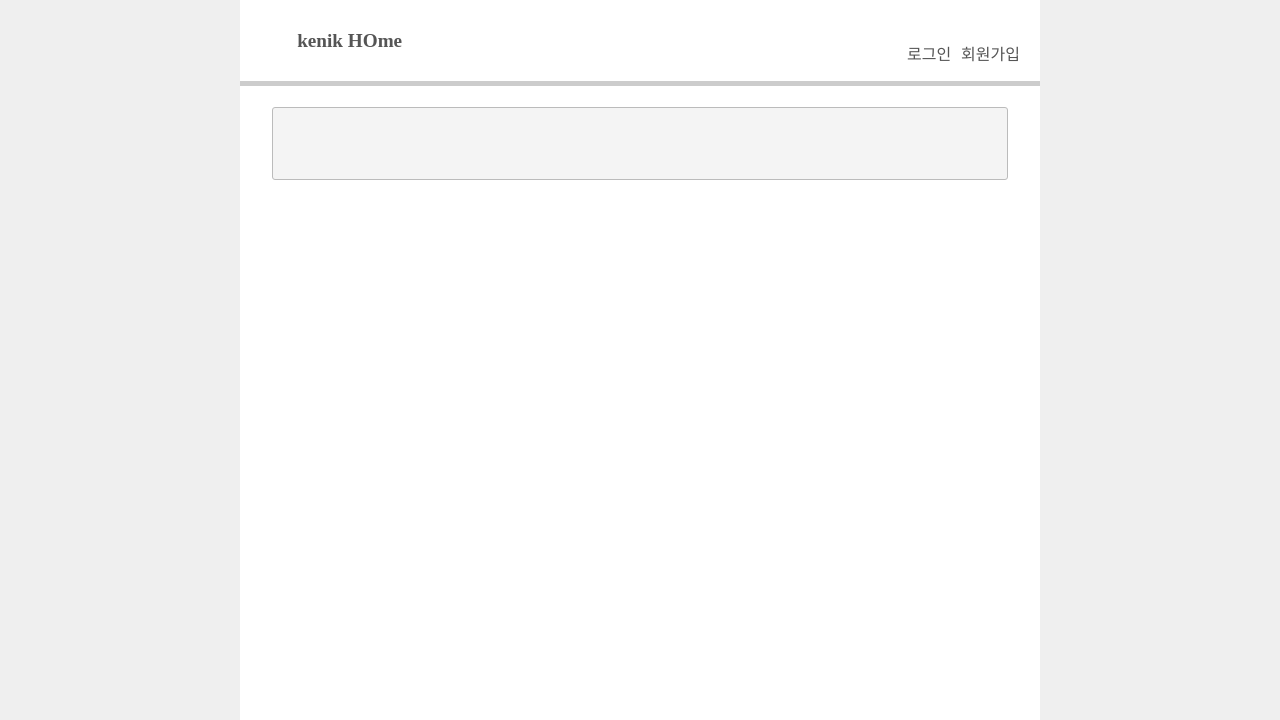
Repository: Seeker2250/JspTest
Page: http://localhost/jspPro/days01/ex01.jsp
An editor plug-in stored every save of this project. The page is shown before and after the next save, followed by the edit.
The browser window is 1280 px wide. The pictures show the whole page.
Some web fonts or font styles are not loaded; a fallback is used. The page is served by Tomcat 9. Other server files are loaded and not shown.

Above is the page before, as saved 2024-10-15 02:10:04.

### jspPro/src/main/webapp/days01/ex01.jsp
<%@ page language="java" contentType="text/html; charset=UTF-8"
    pageEncoding="UTF-8"%>
<!DOCTYPE html>
<html>
<head>
<meta charset="UTF-8">
<title>Insert title here</title>
<link rel="shortcut icon" type="image/x-icon" href="http://localhost/jspPro/images/SiSt.ico">
<script src="https://ajax.googleapis.com/ajax/libs/jquery/3.7.1/jquery.min.js"></script>
<meta name="viewport" content="width=device-width, initial-scale=1.0">
<link rel="stylesheet" href="http://localhost/jspPro/resources/cdn-main/example.css">
<script src="http://localhost/jspPro/resources/cdn-main/example.js"></script>
<style>
 span.material-symbols-outlined{
    vertical-align: text-bottom;
 }
</style>
</head>
<body>
<header>
  <h1 class="main"><a href="#" style="position: absolute;top:30px;">kenik HOme</a></h1>
  <ul>
    <li><a href="#">로그인</a></li>
    <li><a href="#">회원가입</a></li>
  </ul>
</header>
<div>
 <xmp class="code">

  </xmp>
</div>
</body>
</html>

### jspPro/src/main/webapp/resources/cdn-main/example.css
@charset "UTF-8";

@import url('https://fonts.googleapis.com/css2?family=Material+Symbols+Outlined:opsz,wght,FILL,GRAD@20..48,100..700,0..1,-50..200');

@font-face {
    font-family: 'GmarketSansMedium';
    src: url('https://cdn.jsdelivr.net/gh/projectnoonnu/noonfonts_2001@1.1/GmarketSansMedium.woff') format('woff');
    font-weight: normal;
    font-style: normal;
}

:root {
	--text-color: #555;
	--sub-text-color: #777;
	--back-color: #EFEFEF;
	--header-color: #444;
	--primary-color: #DEDEDE;
	--secondary-color: #EFEFEF;
	--default-width: 800px;
	--narrow-width: 500px;
	--wide-width: 1200px;
	--text-font: 'GmarketSansMedium';
	--icon-font: 'Material Symbols Outlined';
	--border-color: #CCC;
}

html, body {
	margin: 0;
	padding: 0;
}

html {
	background-color: var(--back-color);
	display: flex;
	justify-content: center;
	min-height: 100vh;
}

body, body.default {
	width: var(--default-width);
	background-color: white;
	padding-bottom: 120px;
}

body.wide {
	width: var(--wide-width);
}

body.narrow {
	width: var(--narrow-width);
}



body, p, div, span, a, input, select, option, textarea, button, table, th, td, label, fieldset, legend {
	font-family: var(--text-font);
	color: var(--text-color);
}

h1, h2, h3 {
	font-family: var(--text-font);
	color: var(--header-color);
	padding: 0 1rem;
	padding-top: .5rem;
}

div > h1, div > h2, div > h3 {
	padding: 0;
}

body > div, body > main > div {
	padding: 0.3rem 1rem;
}


h1 { font-size: 2rem; border-bottom: 1px solid var(--border-color); }
h1 small { font-size: 1.2rem; color: var(--sub-text-color); }
h2 { font-size: 1.5rem; border-bottom: 1px dashed var(--border-color); }
h2 small { font-size: 1.1rem; color: --sub-text-color; }
h3 { font-size: 1.2rem; }
h3 small { font-size: 1rem; color: --sub-text-color; }



h1.main::before {
	font-family: var(--icon-font);
  	content: '\e666';
  	margin-right: 10px;
  	float: left;
	font-size: 2.5rem;
}

h1.sub::before {
	font-family: var(--icon-font);
  	content: '\ea19';
  	margin-right: 10px;
  	float: left;
	font-size: 2.5rem;
}


h1.page::before {
	font-family: var(--icon-font);
  	content: '\e0e0';
  	margin-right: 10px;
  	float: left;
	font-size: 2.5rem;
}

body > header > ul > li > .active{
	background-color: #FFF;
	color:#F00;
}

body > header {
	display: flex;
	justify-content: space-between;
	border-bottom: 5px solid var(--border-color);
	min-height: 74px;
	background-color: #FFF;
}

body > header.sticky {
	position: sticky;
	top: 0;
	z-index: 98;
}

body > header > h1 {
	font-size: 1.2rem;
	border: 0;
}

body > header.in > h1::before {
	font-family: var(--icon-font);
  	content: '\e332‥';
  	margin-right: 3px;
  	float: left;
	font-size: 2rem;
}


body > header > ul {
	list-style-type: none;
	display: flex;
	align-items: flex-end;
	margin-right: 10px;
}

body > header > ul > li {
	margin-right: 10px;
	cursor: pointer;
}

body > header > ul > li > a {
	cursor: pointer;
}


form {
	display: block;
}

form > div {
	padding: 0.3rem 1rem;
}

div > form > div {
	padding: 0.3rem 0;
}

input, textarea, button, select {
	border: 1px solid #BBB;
	border-radius: 3px;
	outline: none;
	resize: none;
	padding: 7px;
	margin: 0;
}

input[type=text]:read-only, textarea:read-only {
	cursor: not-allowed;
	background-color: #FFF;
}

input[type=text]:disabled, textarea:disabled {
	cursor: not-allowed;
	background-color: #EEE;
}

input[type=text], input[type=password], textarea, button, select {
	/* width: 300px; */
}

textarea {
	display: block;
	height: 100px;
}

input[type=button], input[type=submit], button {
	/* width: inherit; */
}

input.short, textarea.short, button.short, select.short {
	width: 100px;
}

input.long, textarea.long, button.long, select.long {
	width: 350px;
}

.narrow input.long, .narrow textarea.long, .narrow button.long, .narrow select.long {
	width: calc(100% - 20px);
}

input.full, textarea.full, button.full, select.full {
	width: calc(100% - 20px);
}

textarea.short {
	height: 50px;
}

textarea.long {
	height: 100px;
}

textarea.full {
	height: 200px;
}

input, textarea {
	padding-top: 8px;
}

input[type=button], input[type=submit], button {
	padding: 5px 10px;
	background-color: var(--secondary-color);
	cursor: pointer;
	min-height: 36px;
}

input[type=button].primary, input[type=submit].primary, button.primary {
	/* background-color: rgba(100, 149, 237, .2); */
	background-color: var(--primary-color);
}

input[type=button].primary:hover, input[type=submit].primary:hover, button.primary:hover {
	/* background-color: rgba(100, 149, 237, .3); */
	background-color: var(--secondary-color);
}

input[type=button]:hover, input[type=submit]:hover, button:hover {
	background-color: var(--primary-color);
}

button {
	position: relative;
	left: 0;
	top: 0;
	padding-left: 35px;
}

button .material-symbols-outlined {
	position: absolute;
	left: 10px;
	top: 4px;
}

/* k2nik add */
button.login::before {
	font-family: var(--icon-font);
  	content: '\ea77';
	position: absolute;
	left: 11px;
	top: 4px;
	font-size: 1.25rem;
}

/* k2nik logout */
button.logout::before {
	font-family: var(--icon-font);
  	content: '\e9ba';
	position: absolute;
	left: 11px;
	top: 4px;
	font-size: 1.25rem;
}

/* k2nik help */
button.help::before {
	font-family: var(--icon-font);
  	content: '\f1c0';
	position: absolute;
	left: 11px;
	top: 4px;
	font-size: 1.25rem;
}

button.add::before{
	font-family: var(--icon-font);
  	content: '\e746';
	position: absolute;
	left: 11px;
	top: 4px;
	font-size: 1.25rem;
}

button.back::before {
	font-family: var(--icon-font);
  	content: '\e166';
	position: absolute;
	left: 11px;
	top: 4px;
	font-size: 1.25rem;
}

button.list::before {
	font-family: var(--icon-font);
  	content: '\e0ee';
	position: absolute;
	left: 11px;
	top: 4px;
	font-size: 1.25rem;
}


button.del::before {
	font-family: var(--icon-font);
  	content: '\e872';
	position: absolute;
	left: 11px;
	top: 4px;
	font-size: 1.25rem;
}


button.edit::before {
	font-family: var(--icon-font);
  	content: '\e745';
	position: absolute;
	left: 11px;
	top: 4px;
	font-size: 1.25rem;
}


button.login::before {
	font-family: var(--icon-font);
  	content: '\ea77';
	position: absolute;
	left: 11px;
	top: 4px;
	font-size: 1.25rem;
}


button.logout::before {
	font-family: var(--icon-font);
  	content: '\e9ba';
	position: absolute;
	left: 11px;
	top: 4px;
	font-size: 1.25rem;
}


button.in::before {
	font-family: var(--icon-font);
  	content: '\f71a';
	position: absolute;
	left: 11px;
	top: 4px;
	font-size: 1.25rem;
}


button.out::before {
	font-family: var(--icon-font);
  	content: '\f70e';
	position: absolute;
	left: 11px;
	top: 4px;
	font-size: 1.25rem;
}


button.reply::before {
	font-family: var(--icon-font);
  	content: '\e15e';
	position: absolute;
	left: 11px;
	top: 4px;
	font-size: 1.25rem;
}


button.comment::before {
	font-family: var(--icon-font);
  	content: '\e0b9';
	position: absolute;
	left: 11px;
	top: 4px;
	font-size: 1.25rem;
}


button.modal::before {
	font-family: var(--icon-font);
  	content: '\e89e';
	position: absolute;
	left: 11px;
	top: 4px;
	font-size: 1.25rem;
}


button.ok::before {
	font-family: var(--icon-font);
  	content: '\e86c';
	position: absolute;
	left: 11px;
	top: 4px;
	font-size: 1.25rem;
}


button.cancel::before {
	font-family: var(--icon-font);
  	content: '\e5c9';
	position: absolute;
	left: 11px;
	top: 4px;
	font-size: 1.25rem;
}

button.search::before {
	font-family: var(--icon-font);
  	content: '\e8b6';
	position: absolute;
	left: 11px;
	top: 4px;
	font-size: 1.25rem;
}

button.home::before {
	font-family: var(--icon-font);
  	content: '\e88a';
	position: absolute;
	left: 11px;
	top: 4px;
	font-size: 1.25rem;
}


button.sidebar::before {
	font-family: var(--icon-font);
  	content: '\f7e4';
	position: absolute;
	left: 11px;
	top: 4px;
	font-size: 1.25rem;
}


button.sidebar-right::before {
	font-family: var(--icon-font);
  	content: '\f7e5';
	position: absolute;
	left: 11px;
	top: 4px;
	font-size: 1.25rem;
}




button::before {
	font-family: var(--icon-font);
  	content: '\e323';
	position: absolute;
	left: 11px;
	top: 4px;
	font-size: 1.25rem;
}


table {
	border-collapse: collapse;
	margin: 1rem;
	box-sizing: border-box;
	width: calc(100% - 32px);
}

table.content {
	width: auto;
}

div > table {
	margin: 0;
}

table th, table td {
	border: 1px solid var(--border-color);
	padding: 7px;
	font-weight: normal;
}

table th {
	background-color: var(--back-color);
}

table.vertical th {
	width: 150px;
}

table.vertical td {
	width: calc(100% - 182px);
	padding-left: 10px;
}

table.content td, table.content th {
	width: auto;
}

body.narrow table.vertical th {
	width: 100px;
}

body.narrow table.vertical td {
	width: calc(100% - 182px);
}


table + table {
	margin-top: 30px;
}


p {
	padding: 0 1rem;
}

a {
	text-decoration: none;
}

a:hover {
	color: rgba(255, 99, 71, .7);
}

hr {
	border: 0;
	border-top: 1px solid var(--border-color);
	margin: 2rem 0;
}

.message {
	border: 1px solid var(--border-color);
	background-color: #EFEFEF;
	margin: 1rem;
	width: auto;
	padding-top: 10px;
	padding-bottom: 10px;
	font-size: 14px;
}

.message[title]::before {
	content: attr(title);
	display: block;
	border-bottom: 1px solid var(--border-color);
	padding-bottom: 5px;
	margin-bottom: 10px;
	margin-top: 7px;
}

.message.short {
	max-width: 250px;
}

.message.long {
	max-width: 500px;
}

.badge {
	float: right;
	font-size: .8rem;
	margin-top: 2px;
	margin-right: 2px;
	text-shadow: 0 0 7px gray;
}

.badge.left {
	float: none;
	margin-left: 2px;
}

.badge.right {
	float: right;
}

.badge.red {
	border-radius: 50%;
	padding: 2px 5px;
	background-color: rgb(255, 99, 71, .3);
}

.badge.yellow {

	border-radius: 50%;
	padding: 2px 5px;
	background-color: rgb(255, 215, 0, .5);
}

.badge.blue {
	border-radius: 50%;
	padding: 2px 5px;
	background-color: rgb(100, 149, 237, .3);
}

label + label {
	margin-left: 7px;
}

label input[type=checkbox], label input[type=radio] {
	transform: translate(0, 1px);
}

.group {
	display: flex;
}

.modal-content .group {
	margin-bottom: .5rem;
}

.group label {
	border: 1px solid #BBB;
	border-radius: 3px;
	outline: none;
	resize: none;
	padding: 7px 14px;
	margin: 0;
	border-top-right-radius: 0;
	border-bottom-right-radius: 0;
	background-color: #EFEFEF;
	white-space: nowrap;
	font-size: 14px;
}

.group input[type=text] {
	margin-left: -1px;
	border-top-left-radius: 0;
	border-bottom-left-radius: 0;
}

.group select {
	margin-left: -1px;
	border-top-left-radius: 0;
	border-bottom-left-radius: 0;
}

.group input.full[type=text] {
	margin-left: -1px;
	border-top-left-radius: 0;
	border-bottom-left-radius: 0;
	width: 100%;
}

.group input[type=button]:first-child, .group button:first-child {
	border-top-left-radius: 3px;
	border-bottom-left-radius: 3px;
	margin-left: 0px;
}

.group input[type=button], .group button {
	border-radius: 0;
	margin-left: -1px;
}

.group input[type=button]:last-child, .group button:last-child {
	margin-left: -1px;
	border-top-right-radius: 3px;
	border-bottom-right-radius: 3px;
}

.seperate {
	display: flex;
	justify-content: space-between;
}

div.list {
	width: max-content;
	margin: 1rem;
	border: 1px solid #BBB;
	border-radius: 3px;
	padding: 0;
}

div.list.full {
	width: auto;
	display: block;
	margin: 1rem;
	border: 1px solid #BBB;
	border-radius: 3px;
	padding: 0;
}

div.list > div {
	padding: .5rem 1rem;
	margin: 0;
	border-bottom: 1px solid #BBB;
}

div.list > div:last-child {
	border-bottom: 0;
}

pre.code , xmp.code{
	font-family: consols;
	background-color: rgba(150, 150, 150, .1);
	border: 1px solid #BBB;
	border-radius: 3px;
	padding: .5rem 1rem;
	padding-bottom: .6rem;
	margin: 1rem;
}




*[data-modal-window] {
	position: fixed;
	background-color: rgba(0, 0, 0, .3);
	left: 0;
	top: 0;
	display: none;
	justify-content: center;
	align-items: flex-start;
	width: 100%;
	min-height: 100vh;
	z-index: 100;
	opacity: 0;
	transition: 500ms all;
}

*[data-modal-window] .modal-container {
	border-radius: 5px;
	padding: 1rem;
	padding-bottom: .5rem;
	margin-top: -500px;
	opacity: 0;
	width: 500px;
	background-color: #FFF;
	margin-right: 2rem;
	transition: 500ms all;
}

*[data-modal-size=content] .modal-container {
	width: auto;
}

*[data-modal-size=narrow] .modal-container {
	width: 300px;
}

*[data-modal-size=wide] .modal-container {
	width: 760px;
}


*[data-modal-window] .modal-header {
	border-bottom: 1px solid var(--border-color);
	padding: 2px 5px;
}

*[data-modal-window] .modal-content {
	padding: 1rem 5px;
}

*[data-modal-window] .modal-content div:last-child {
	margin-top: 1rem;
	text-align: right;
}



*[data-sidebar-window] {
	position: fixed;
	background-color: #FFF;
	left: 0;
	top: 0;
	display: block;
	width: 300px;
	border-right: 1px solid var(--border-color);
	box-sizing: border-box;
	box-shadow: 0 0 3px var(--back-color);
	min-height: 100vh;
	z-index: 99;
	transform: translate(-300px, 0);
	transition-duration: 500ms;
	transition-property: transform;
}

*[data-sidebar-direction=right] {
	left: auto;
	right: 0;
	transform: translate(300px, 0);
	border-left: 1px solid var(--border-color);
}

*[data-sidebar-size=wide] {
	width: 500px;
	transform: translate(-500px, 0);
}

*[data-sidebar-window] .sidebar-title {
	border-bottom: 1px solid var(--border-color);
	margin-top: 20px;
	margin-bottom: 20px;
	padding-bottom: 5px;
	display: flex;
	justify-content: space-between;
}

*[data-sidebar-window] .sidebar-title span:last-child {
	cursor: pointer;
}


/* K2Nik pagination */
.center {
  text-align: center;
}

.pagination {
  display: inline-block;
}

.pagination a {
  color: black;
  float: left;
  padding: 3px 6px;
  text-decoration: none;
  transition: background-color .3s;
  border: 1px solid #ddd;
  margin: 0 3px;
}

.pagination a.active {
  background-color: #4CAF50;
  color: white;
  border: 1px solid #4CAF50;
}

.pagination a:hover:not(.active) {background-color: #ddd;}

### jspPro/src/main/webapp/resources/cdn-main/example.js

window.onload = () => {

    const list = document.querySelectorAll('input, textarea');

    list.forEach(item => {
        item.setAttribute('autocomplete', 'off');
    });


    const modal_btn_list = document.querySelectorAll('*[data-modal-button]');

    modal_btn_list.forEach(item => {
        item.onclick = function() {

            const name = this.dataset['modalButton'];
            const modal_window = document.querySelector('*[data-modal-window=' + name);

            const container = document.createElement('div');
            container.className = 'modal-container';



            const modal_header = document.createElement('div');
            modal_header.textContent = modal_window.dataset['modalTitle'];
            modal_header.className = 'modal-header';
            container.appendChild(modal_header);

            const modal_content = document.createElement('div');
            modal_content.className = 'modal-content';
            container.appendChild(modal_content);

            Array.from(modal_window.childNodes).forEach(item => {
                modal_content.appendChild(item);
            });

            modal_window.appendChild(container);

            modal_window.style.display = 'flex';

            setTimeout(() => {
                modal_window.style.opacity = 1;
                container.style.marginTop = '20px';
                container.style.opacity = 1;
            }, 50);


            const modal_ok = document.querySelector('*[data-modal-ok=' + name);
            modal_ok.addEventListener('click', function() {
                modal_window.style.opacity = 0;
                container.style.marginTop = '-500px';
                container.style.opacity = 0;

                setTimeout(() => {
                    modal_window.innerHTML = modal_content.innerHTML;
                    modal_window.style.display = 'none';
                }, 500);

            });

            const modal_cancel = document.querySelector('*[data-modal-cancel=' + name);
            modal_cancel.addEventListener('click', function() {

                modal_window.style.opacity = 0;
                container.style.marginTop = '-500px';
                container.style.opacity = 0;

                setTimeout(() => {
                    modal_window.innerHTML = modal_content.innerHTML;
                    modal_window.style.display = 'none';
                }, 500);
            });


        };
    });


    const sidebar_btn_list = document.querySelectorAll('*[data-sidebar-button]');

    sidebar_btn_list.forEach(item => {
        item.onclick = function() {



            const name = this.dataset['sidebarButton'];
            const sidebar_window = document.querySelector('*[data-sidebar-window=' + name);

            if (sidebar_window.style.transform == 'translate(0px, 0px)') return;



            sidebar_window.style.transform = 'translate(0, 0)';

            const sidebar_title = document.createElement('div');
            sidebar_title.className = 'sidebar-title';
            sidebar_title.innerHTML = '<span>' + sidebar_window.dataset['sidebarTitle'] + '</span><span class="material-symbols-outlined">close</span>';

            sidebar_title.children[1].onclick = function() {

                let sign = 1;
                let distance = 300;

                if (sidebar_window.dataset['sidebarDirection'] != 'right') {
                    sign = -1;
                } else {
                    sign = 1;
                }

                if (sidebar_window.dataset['sidebarSize'] != 'wide') {
                    distance = 300;
                } else {
                    distance = 500;
                }

                distance *= sign;

                sidebar_window.style.transform = 'translate(' + distance + 'px, 0)';

                setTimeout(function() {
                    sidebar_window.removeChild(sidebar_window.children[0]);
                }, 500);
            };


            sidebar_window.prepend(sidebar_title);

        }
    });

};

// window.onkeydown = function(event) {

//     if (event.keyCode == 27) {
//         if (document.querySelector('[data-modal-window').style.display == 'flex') {
//             document.querySelector('[data-modal-window').style.display = 'none';
//         }
//     }

// };

After the next save:
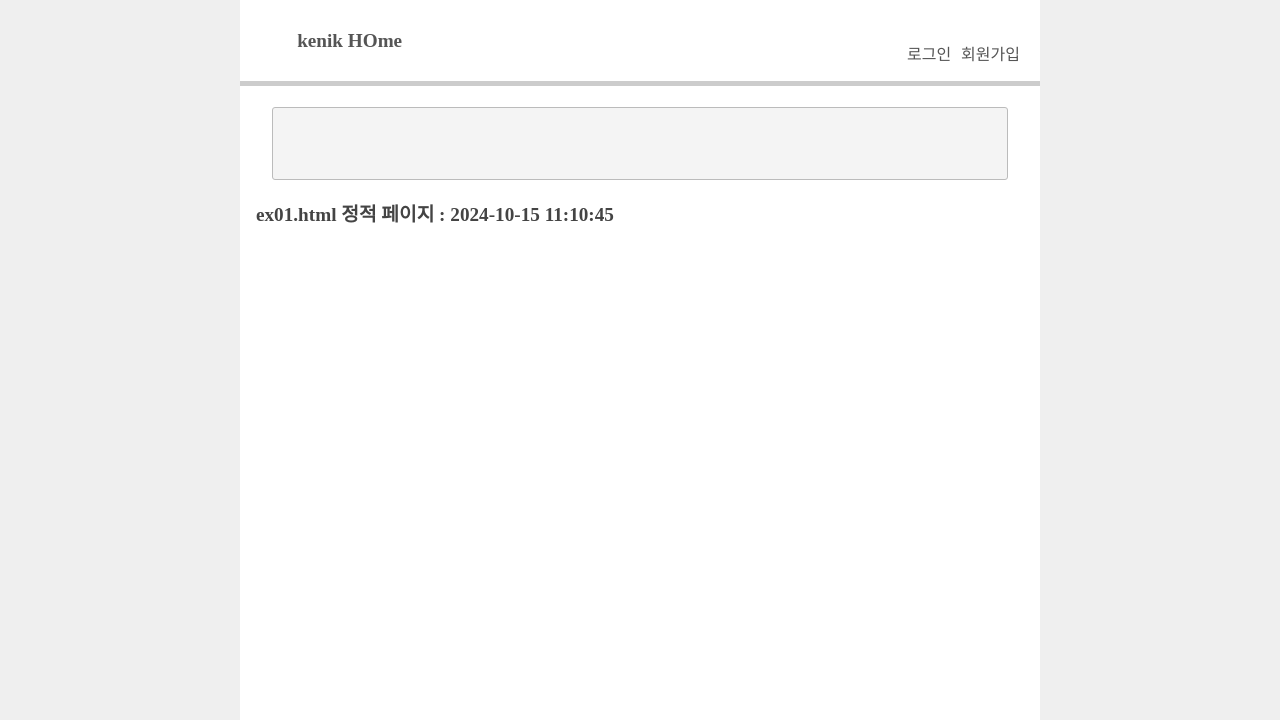
Saved 69 s later.
--- a/jspPro/src/main/webapp/days01/ex01.jsp
+++ b/jspPro/src/main/webapp/days01/ex01.jsp
@@ -28,6 +28,7 @@
  <xmp class="code">
 
   </xmp>
+  <h3>ex01.html 정적 페이지 : 2024-10-15 11:10:45</h3>
 </div>
 </body>
 </html>
